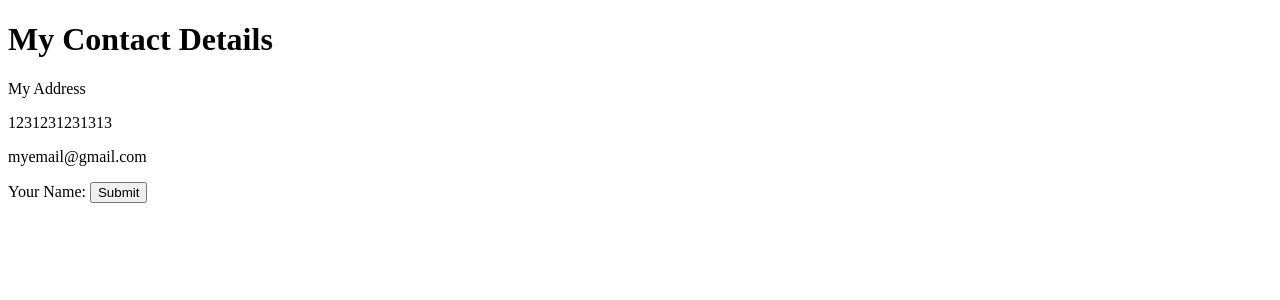
Repository: Isanderr/simple_landing_page-1
Page: contact.html
These files come from the project's save history. The page is drawn as it stood at one moment and after the next save; the edit follows.
The browser window is 1280 px wide. The pictures show the whole page.

Above is the page before, as saved 2019-01-28 23:25:49.

After the next save:
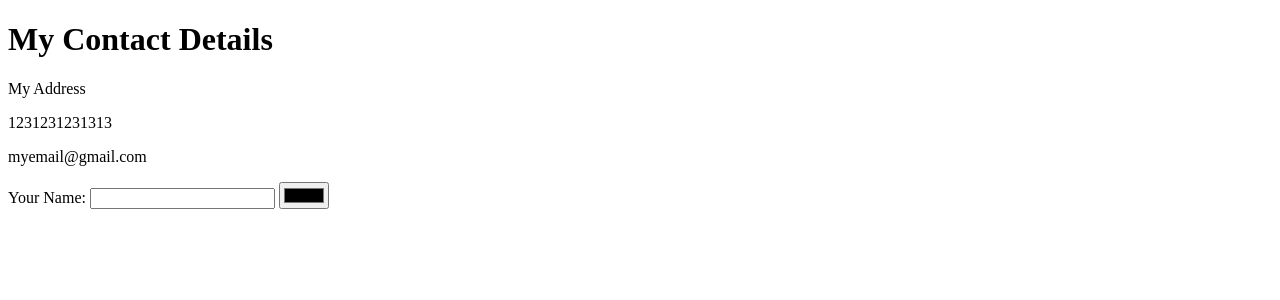
Saved 27 s later.
--- a/contact.html
+++ b/contact.html
@@ -15,7 +15,8 @@
         <p>myemail@gmail.com</p>
         <form action="">
             <label for="">Your Name:</label>
-            <input type="submit">
+            <input type="text">
+            <input type="color">
         </form>
     </body>
 
